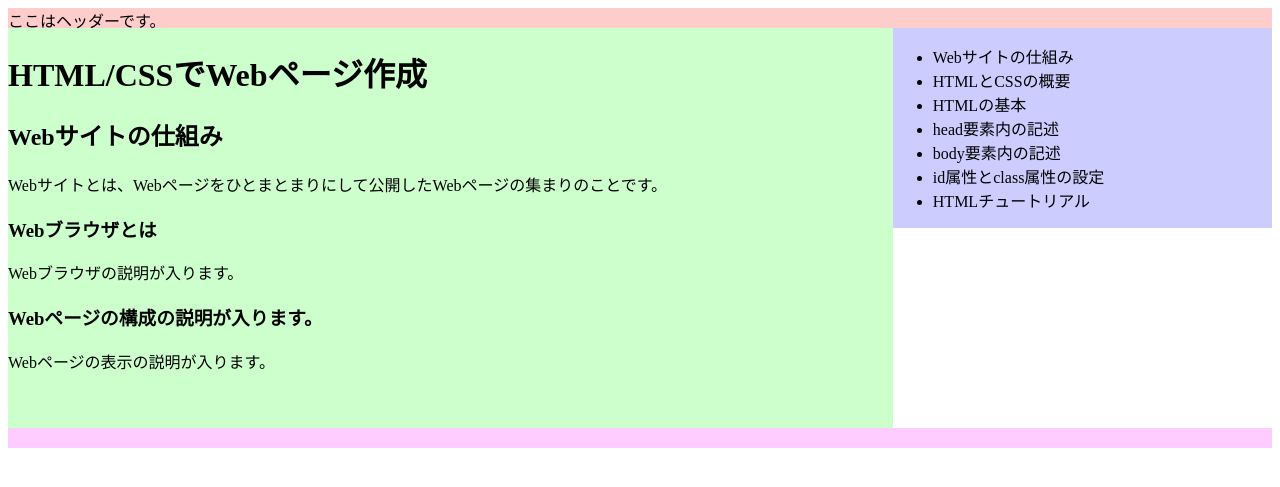
Repository: toshiyukitsumoto/first-git
Page: kadai-html.html
The author's editor kept a record of every edit. The page is drawn from the files as they stood at one moment, then again after the next edit.
The browser window is 1280 px wide. The pictures show the whole page.

Above is the page before.

After the next edit:
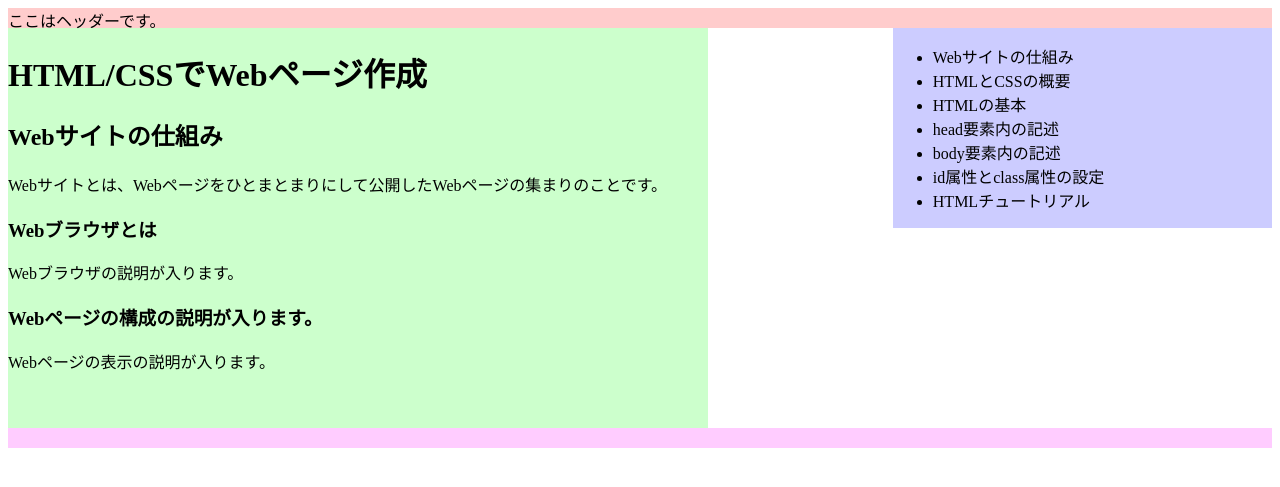
The edit:
--- a/kadai-css.css
+++ b/kadai-css.css
@@ -11,7 +11,7 @@
 
 #main {
     float: left;
-    width: 70%;
+    width: 700px;
     height: 400px;
     background-color: #ccffcc;
 }
